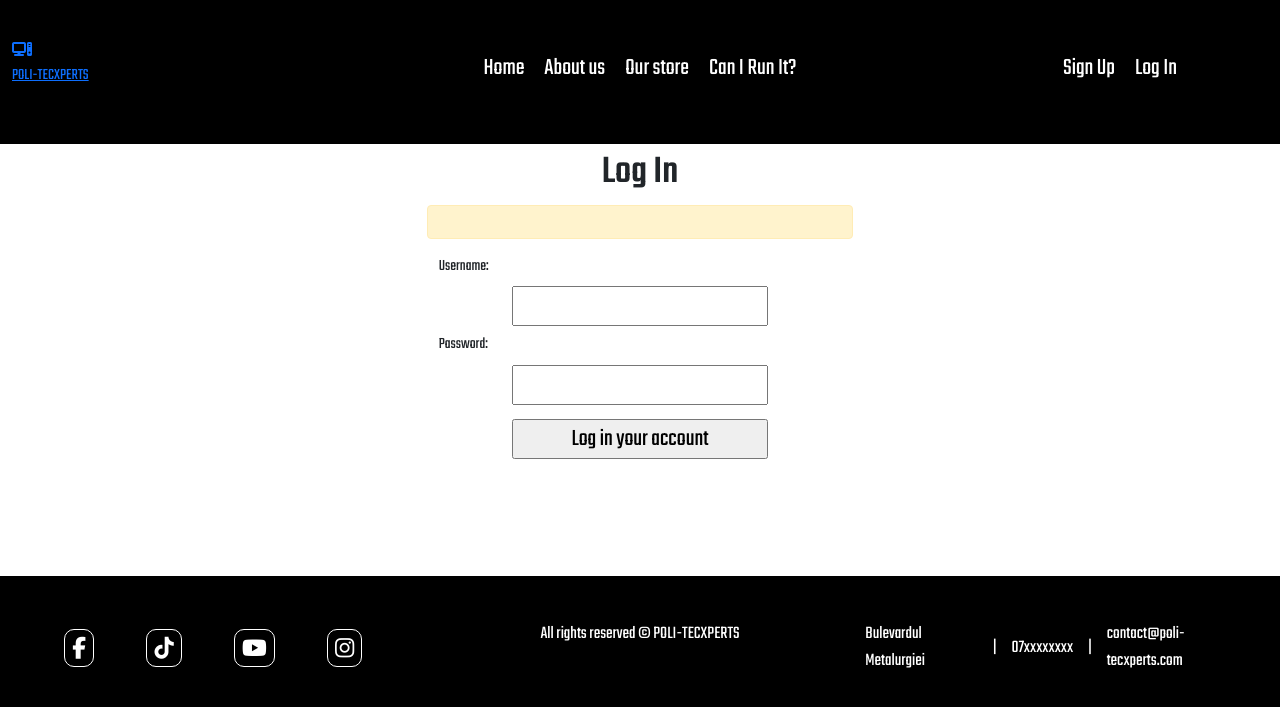
Repository: cristibtz/POLI_TECXPERTS
Page: login/login.html
An editor plug-in stored every save of this project. The page is shown before and after the next save, followed by the edit.
The browser window is 1280 px wide. The pictures show the whole page.

Above is the page before, as saved 2024-04-27 17:52:00.

After the next save:
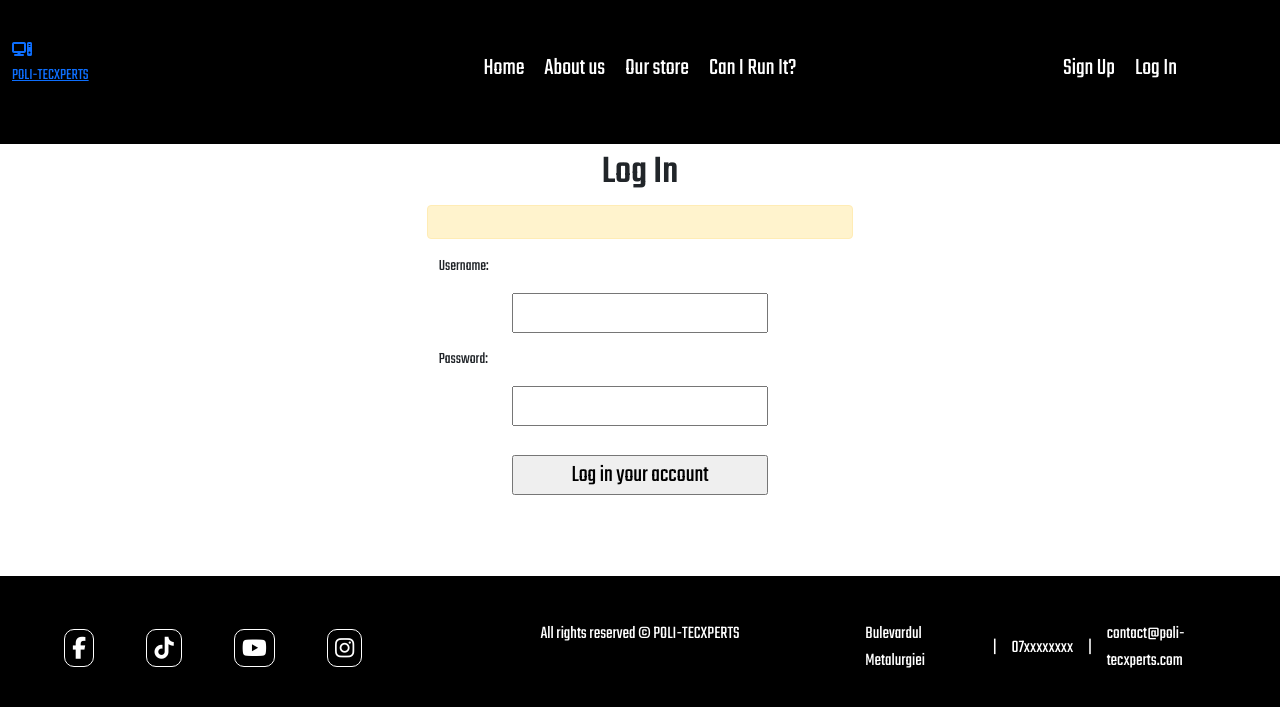
Saved 119 s later.
--- a/css/forms.css
+++ b/css/forms.css
@@ -1,5 +1,5 @@
 form .row input {
-    margin: 1vh auto;
+    margin: 2vh auto;
     width: 20vw;
     text-align: center;
     font-size: 24px;

After the save that followed:
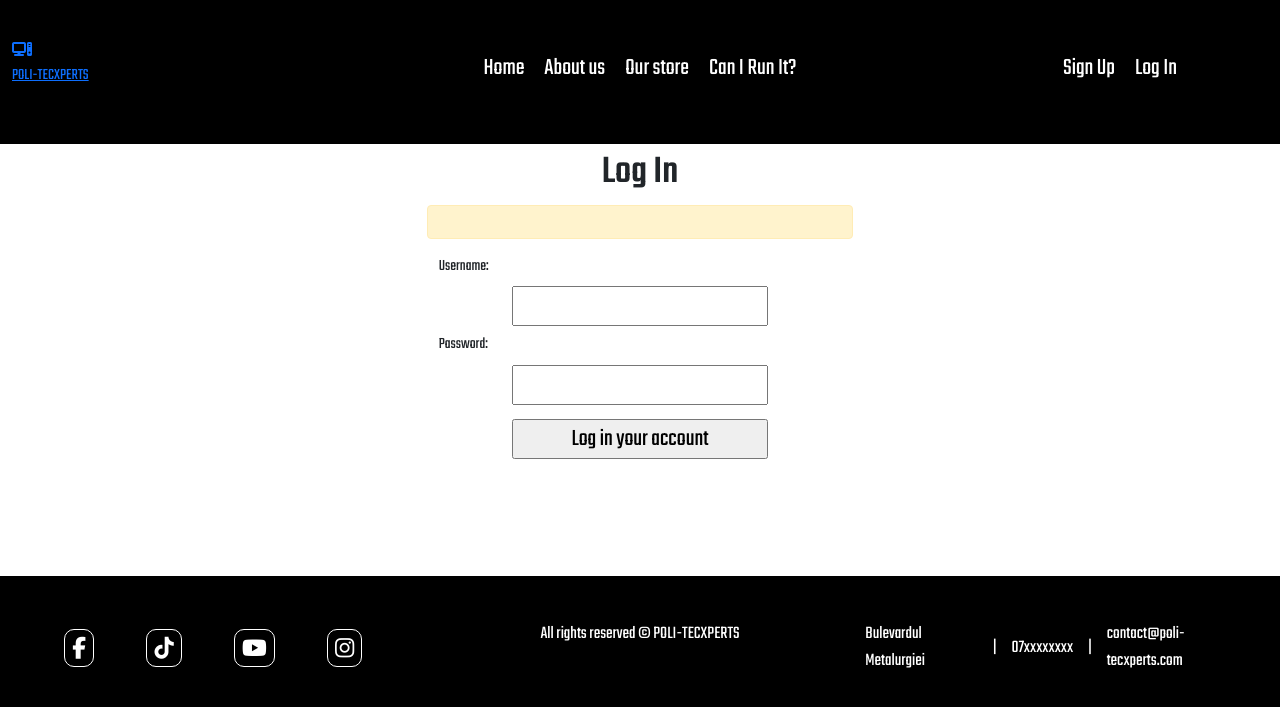
Saved 21 s later.
--- a/css/forms.css
+++ b/css/forms.css
@@ -1,5 +1,5 @@
 form .row input {
-    margin: 2vh auto;
+    margin: 1vh auto;
     width: 20vw;
     text-align: center;
     font-size: 24px;
